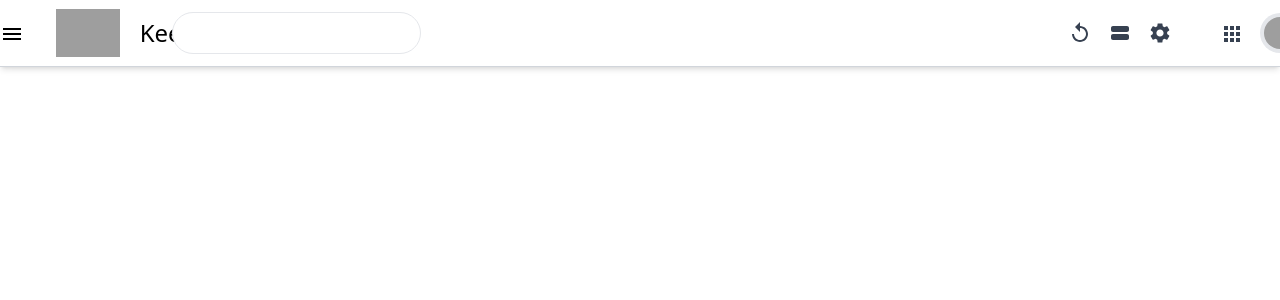
Repository: theanmol-raj/GoogleKeepCloneTutorial
Page: /
The author's editor kept a copy of each file at every save. The page is drawn from the files as they stood at one save, then again after the next save.
The browser window is 1280 px wide. The pictures show the whole page.
Pictures or frames that could not be fetched are drawn as grey boxes. The project was rebuilt for these pictures with package versions that can differ from the ones it lists, and the page was loaded fresh each time.

Above is the page before, as saved 2022-08-29 20:47:43.

### public/index.html
<!DOCTYPE html>
<html lang="en">
  <head>
    <meta charset="utf-8" />
    <link rel="icon" href="%PUBLIC_URL%/favicon.ico" />
    <meta name="viewport" content="width=device-width, initial-scale=1" />
    <meta name="theme-color" content="#000000" />
    <meta
      name="description"
      content="Web site created using create-react-app"
    />
    <link rel="apple-touch-icon" href="%PUBLIC_URL%/logo192.png" />
    <!--
      manifest.json provides metadata used when your web app is installed on a
      user's mobile device or desktop. See https://developers.google.com/web/fundamentals/web-app-manifest/
    -->

    <!--
      Notice the use of %PUBLIC_URL% in the tags above.
      It will be replaced with the URL of the `public` folder during the build.
      Only files inside the `public` folder can be referenced from the HTML.

      Unlike "/favicon.ico" or "favicon.ico", "%PUBLIC_URL%/favicon.ico" will
      work correctly both with client-side routing and a non-root public URL.
      Learn how to configure a non-root public URL by running `npm run build`.
    -->
    <title>Google Keep Clone</title>
  </head>
  <body>
    <noscript>You need to enable JavaScript to run this app.</noscript>
    <div id="root"></div>
    <!--
      This HTML file is a template.
      If you open it directly in the browser, you will see an empty page.

      You can add webfonts, meta tags, or analytics to this file.
      The build step will place the bundled scripts into the <body> tag.

      To begin the development, run `npm start` or `yarn start`.
      To create a production bundle, use `npm run build` or `yarn build`.
    -->
  </body>
</html>

### src/App.js
import Homescreen from "./Screens/Homescreen";


function App() {
  return (
    <div className="App">
      <Homescreen />
    </div>
  );
}

export default App;

### src/Screens/Homescreen.jsx
import React, { useState } from 'react'
import Navbar from '../Components/Navbar';

function Homescreen() {

  return (
    <div className=''>
        <Navbar />

    </div>
  )
}

export default Homescreen;

### src/Components/Navbar.jsx
import React, { useState } from "react";
import MenuIcon from "@mui/icons-material/Menu";
import AppsIcon from "@mui/icons-material/Apps";
import SettingsIcon from "@mui/icons-material/Settings";
import ReplayIcon from "@mui/icons-material/Replay";
import ViewStreamIcon from "@mui/icons-material/ViewStream";

function Navbar() {
  const [search , setSearch] = useState(false);

  return (
    <div className=" fixed top-0 w-screen px-3 py-2 flex justify-between items-center border-b border-gray-300 shadow-md bg-white">
      <div className=" flex justify-center items-center space-x-5">
        <div className=" hover:bg-gray-200 p-3 rounded-full cursor-pointer">
          <MenuIcon />
        </div>
        <img
          className=" h-12"
          src="https://upload.wikimedia.org/wikipedia/commons/thumb/e/e5/Google_Keep_icon_%282020%29.svg/1200px-Google_Keep_icon_%282020%29.svg.png"
        />
        <h1 className=" capitalize text-2xl text-gray-600/ "> Keep</h1>
      </div>
      <div className="w-full max-w-4xl">
        <input className={` ${search ? 'bg-white shadow-md' : 'bg-gray-200' }" border rounded-3xl  p-2 max-w-3xl w-full"`} />
      </div>
      <div className=" flex items-center space-x-10">
        <div className=" flex items-center text-gray-700  text-2xl space-x-4 ">
          <ReplayIcon fontSize="inherit" />
          <ViewStreamIcon fontSize="inherit" />{" "}
          <SettingsIcon fontSize="inherit" />
        </div>
        <div className=" flex items-center space-x-2">
          <div className=" hover:bg-gray-200 p-2 text-gray-700  rounded-full cursor-pointer">
            <AppsIcon />
          </div>

          <img
            className=" h-10 p-1 bg-gray-200 rounded-full"
            src="https://lh3.googleusercontent.com/ogw/AOh-ky1Fa9Rwlqh07SdVbhvWC33ehzXYuprR8mErUyRtUQ=s32-c-mo"
          />
        </div>
      </div>
    </div>
  );
}

export default Navbar;

Loaded but not shown: src/index.js (common file); src/index.css (common file); tailwind.config.js (common file)

After the next save:
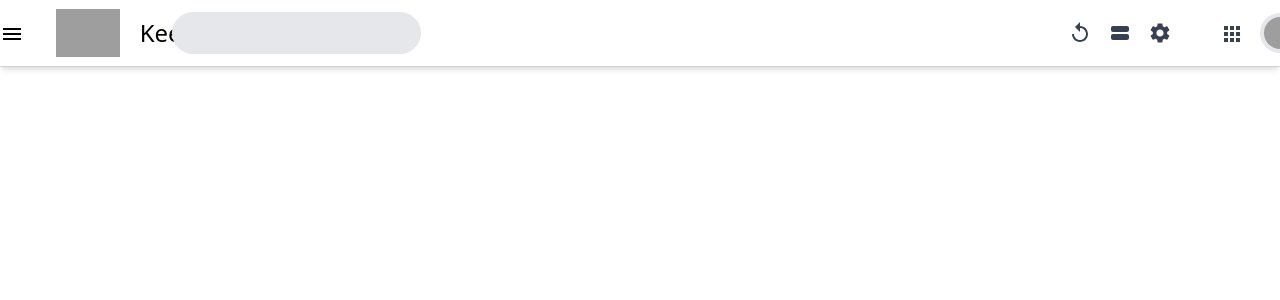
Saved 13 s later.
--- a/src/Components/Navbar.jsx
+++ b/src/Components/Navbar.jsx
@@ -21,7 +21,7 @@
         <h1 className=" capitalize text-2xl text-gray-600/ "> Keep</h1>
       </div>
       <div className="w-full max-w-4xl">
-        <input className={` ${search ? 'bg-white shadow-md' : 'bg-gray-200' }" border rounded-3xl  p-2 max-w-3xl w-full"`} />
+        <input className={` ${search ? 'bg-white shadow-md' : 'bg-gray-200' }  border rounded-3xl  p-2 max-w-3xl w-full"`} />
       </div>
       <div className=" flex items-center space-x-10">
         <div className=" flex items-center text-gray-700  text-2xl space-x-4 ">
